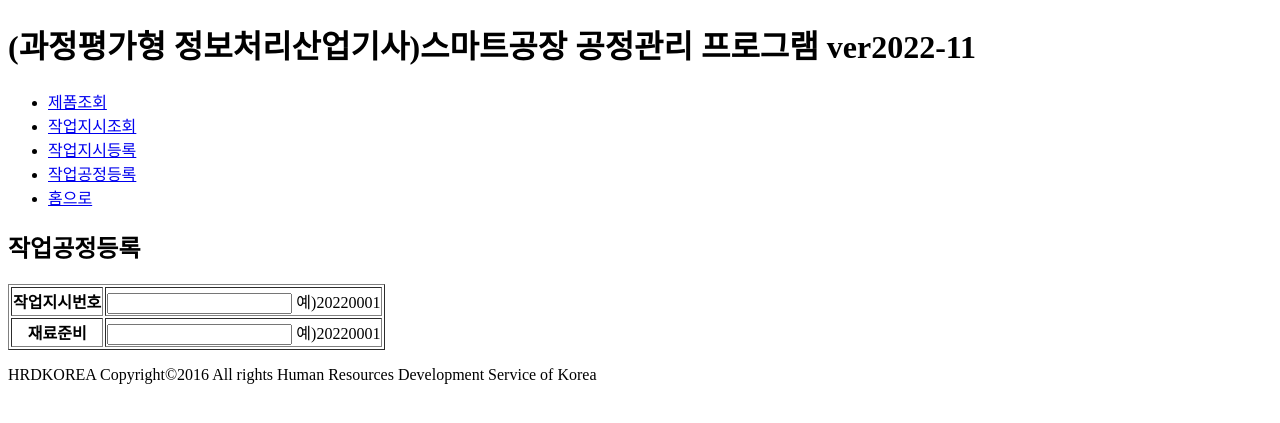
Repository: anakyn01/exam
Page: http://localhost/smart_5/sub3.jsp
The author's editor kept a copy of each file at every save. The page is drawn from the files as they stood at one save, then again after the next save.
The browser window is 1280 px wide. The pictures show the whole page.
The page is served by Tomcat 9. Other server files are loaded and not shown.

Above is the page before, as saved 2025-01-06 07:09:15.

### smart_5/src/main/webapp/sub3.jsp
<%@ page language="java" contentType="text/html; charset=UTF-8"
    pageEncoding="UTF-8"%>
<jsp:include page="include/header.jsp"/>

<section>
<h2>작업공정등록</h2>
<table border=1>
	<tr>
		<th>작업지시번호</th>
		<td>
		<input type="text" name="w_workno">
		<span>예)20220001</span>
		</td>
	</tr>
	<tr>
		<th>재료준비</th>
		<td>
		<input type="text" name="w_workno">
		<span>예)20220001</span>
		</td>
	</tr>
</table>
</section>

<jsp:include page="include/footer.jsp"/>

### smart_5/src/main/webapp/include/header.jsp
<%@ page language="java" contentType="text/html; charset=UTF-8"
    pageEncoding="UTF-8"%>
<!DOCTYPE html>
<html>
<head>
<meta charset="UTF-8">
<title>스마트 공정관리 프로그램</title>
<link rel="stylesheet" href="css/style.css"/>
</head>
<body>
<header>
<h1>(과정평가형 정보처리산업기사)스마트공장 공정관리 프로그램 ver2022-11</h1>
</header>
<nav>
<ul>
<li><a href="sub1.jsp">제폼조회</a></li>
<li><a href="sub2.jsp">작업지시조회</a></li>
<li><a href="sub3.jsp">작업지시등록</a></li>
<li><a href="sub4.jsp">작업공정등록</a></li>
<li><a href="index.jsp">홈으로</a></li>
</ul>
</nav>

### smart_5/src/main/webapp/include/footer.jsp
<%@ page language="java" contentType="text/html; charset=UTF-8"
    pageEncoding="UTF-8"%>
<footer>
<p>HRDKOREA Copyright&copy;2016 All rights Human Resources Development Service of Korea</p>
</footer>
</body>
</html>

Loaded but not shown: smart_5/src/main/webapp/css/style.css (common file)

After the next save:
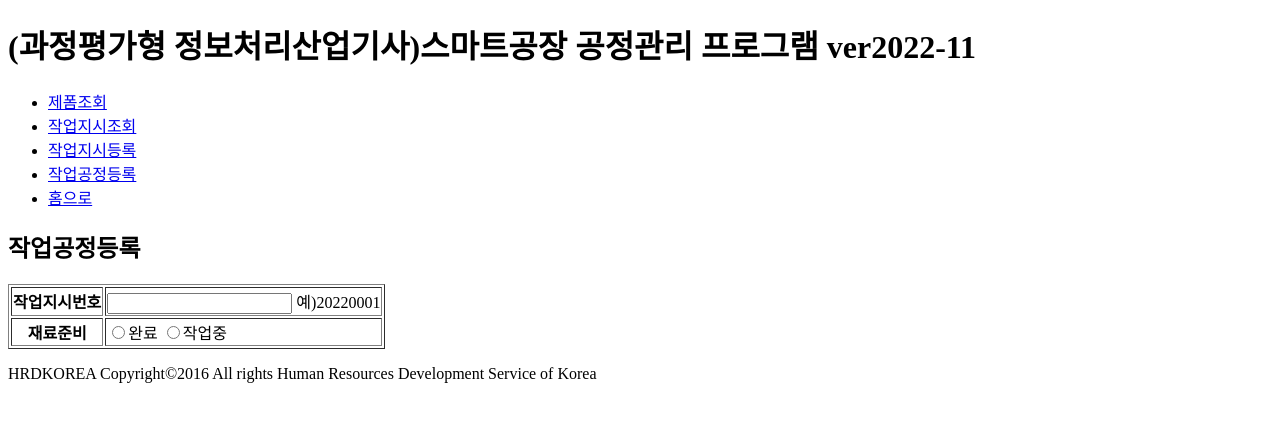
Saved 56 s later.
--- a/smart_5/src/main/webapp/sub3.jsp
+++ b/smart_5/src/main/webapp/sub3.jsp
@@ -15,8 +15,8 @@
 	<tr>
 		<th>재료준비</th>
 		<td>
-		<input type="text" name="w_workno">
-		<span>예)20220001</span>
+		<input type="radio" name="p_p1" value="Y">완료
+		<input type="radio" name="p_p1" value="N">작업중
 		</td>
 	</tr>
 </table>
